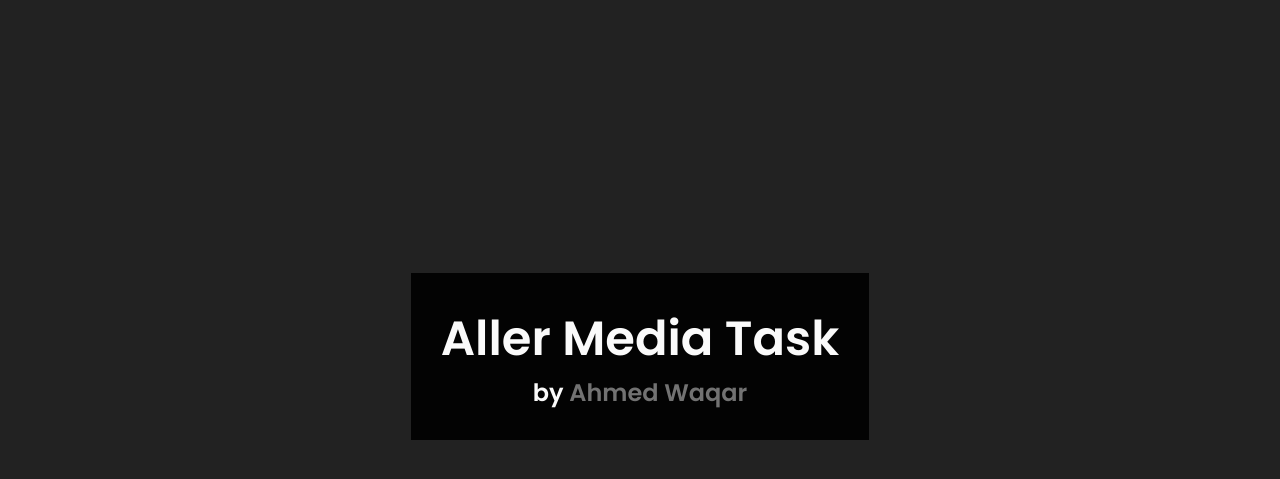
Repository: waqarmalyk/Back-to-front
Page: /
An editor plug-in stored every save of this project. The page is shown before and after the next save, followed by the edit.
The browser window is 1280 px wide. The pictures show the whole page.
The page's requests for data from a server got no answer. The project was rebuilt for these pictures with package versions that can differ from the ones it lists, and the page was loaded fresh each time. No one was signed in, and anything a server would have sent is missing.

Above is the page before, as saved 2022-02-06 16:32:49.

After the next save:
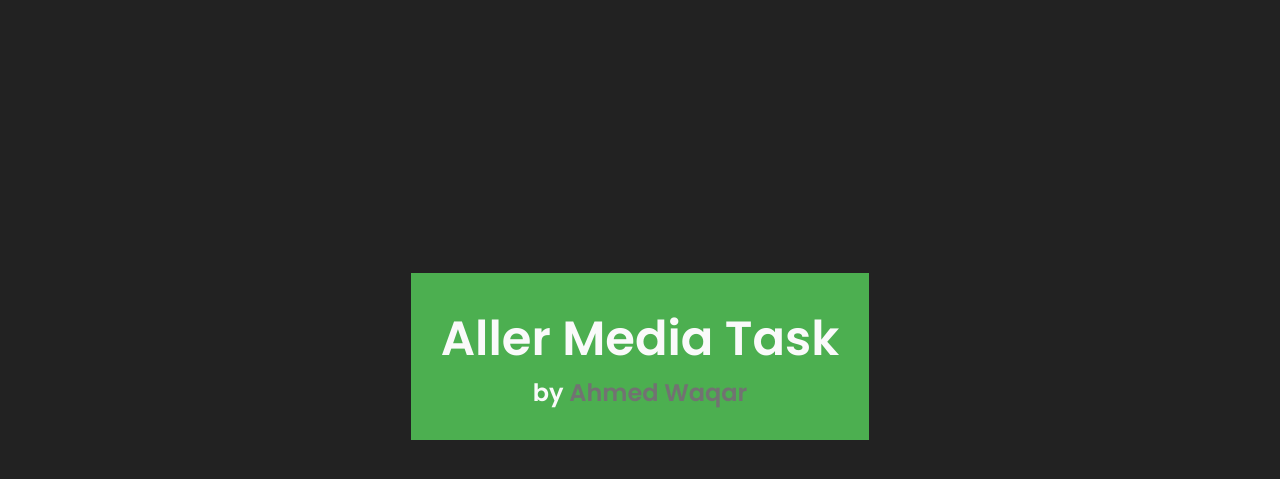
Saved 63 s later.
--- a/src/App.css
+++ b/src/App.css
@@ -29,7 +29,7 @@
 text-align: center;
 font-weight: var(--weight3);
 padding: 30px;
-background-color:var(--black);
+background-color:var(--green);
 color: var(--veryLightGray);
 margin-bottom: 0.5rem;
 
